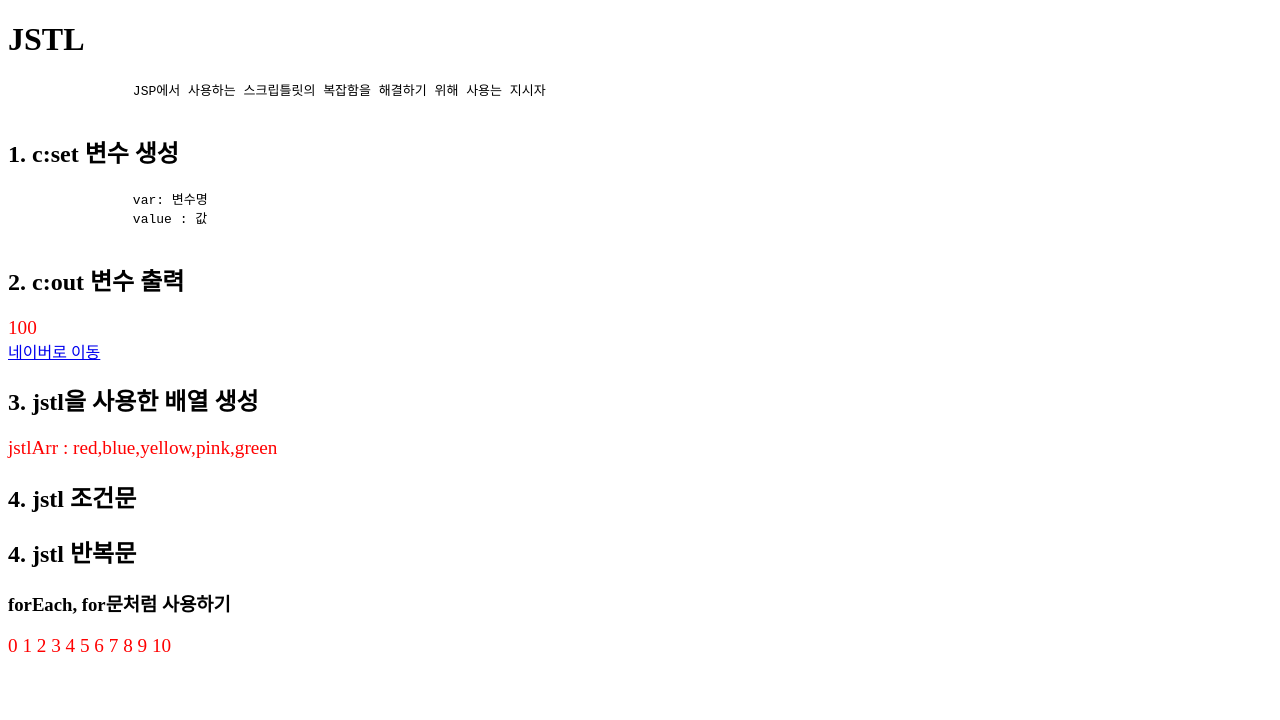
Repository: vaynel/StudyFile
Page: http://localhost/spring04_jsp/jstl
These files come from the project's save history. The page is drawn as it stood at one moment and after the next save; the edit follows.
The browser window is 1280 px wide. The pictures show the whole page.
The page is served by Tomcat 9. Other server files are loaded and not shown.

Above is the page before, as saved 2023-01-20 02:18:32.

### H_spring/spring04_jsp/WebContent/WEB-INF/views/el-jstl/jstl.jsp
<%@ page language="java" contentType="text/html; charset=UTF-8"
    pageEncoding="UTF-8"%>
<%@ taglib prefix="c" uri="http://java.sun.com/jsp/jstl/core" %>
<!DOCTYPE html>
<html>
<head>
<meta charset="UTF-8">
<title>Insert title here</title>
<style type="text/css">
	span{
		display: block;
		font-size:1.5vw;
		color:red;
	}
</style>
</head>
<body>
<h1>JSTL</h1>
	<pre>
		JSP에서 사용하는 스크립틀릿의 복잡함을 해결하기 위해 사용는 지시자
	</pre>
	<h2>1. c:set 변수 생성</h2>
	<pre>
		var: 변수명
		value : 값
	</pre>
	<c:set var="num1" value="100"></c:set>
	<c:set var="html" value="<a href='https://www.naver.com'>네이버로 이동 </a>"></c:set>

	<h2>2. c:out 변수 출력</h2>
	<span><c:out value="${num1}"></c:out></span>
	${html}

	<h2>3. jstl을 사용한 배열 생성</h2>
	<c:set var="jstlArr">
		red,blue,yellow,pink,green
	</c:set>
	<span>jstlArr : <c:out value="${jstlArr}"></c:out></span>

	<h2>4. jstl 조건문</h2>

	<h2>4. jstl 반복문</h2>
	<h3>forEach, for문처럼 사용하기</h3>
	<span>
		<c:forEach var="i" begin="0" end ="10" step="1">
			${i}
		</c:forEach>
	</span>






</body>
</html>

### H_spring/spring04_jsp/ src/com/mc/jsp/C_JSTL.java
package com.mc.jsp;

import java.io.IOException;
import javax.servlet.ServletException;
import javax.servlet.annotation.WebServlet;
import javax.servlet.http.HttpServlet;
import javax.servlet.http.HttpServletRequest;
import javax.servlet.http.HttpServletResponse;

/**
 * Servlet implementation class C_JSTL
 */
@WebServlet("/jstl")
public class C_JSTL extends HttpServlet {
	private static final long serialVersionUID = 1L;

    /**
     * @see HttpServlet#HttpServlet()
     */
    public C_JSTL() {
        super();
        // TODO Auto-generated constructor stub
    }

	/**
	 * @see HttpServlet#doGet(HttpServletRequest request, HttpServletResponse response)
	 */
	protected void doGet(HttpServletRequest request, HttpServletResponse response) throws ServletException, IOException {
		// TODO Auto-generated method stub
		request.getRequestDispatcher("/WEB-INF/views/el-jstl/jstl.jsp").forward(request, response);
	}

	/**
	 * @see HttpServlet#doPost(HttpServletRequest request, HttpServletResponse response)
	 */
	protected void doPost(HttpServletRequest request, HttpServletResponse response) throws ServletException, IOException {
		// TODO Auto-generated method stub
		doGet(request, response);
	}

}

After the next save:
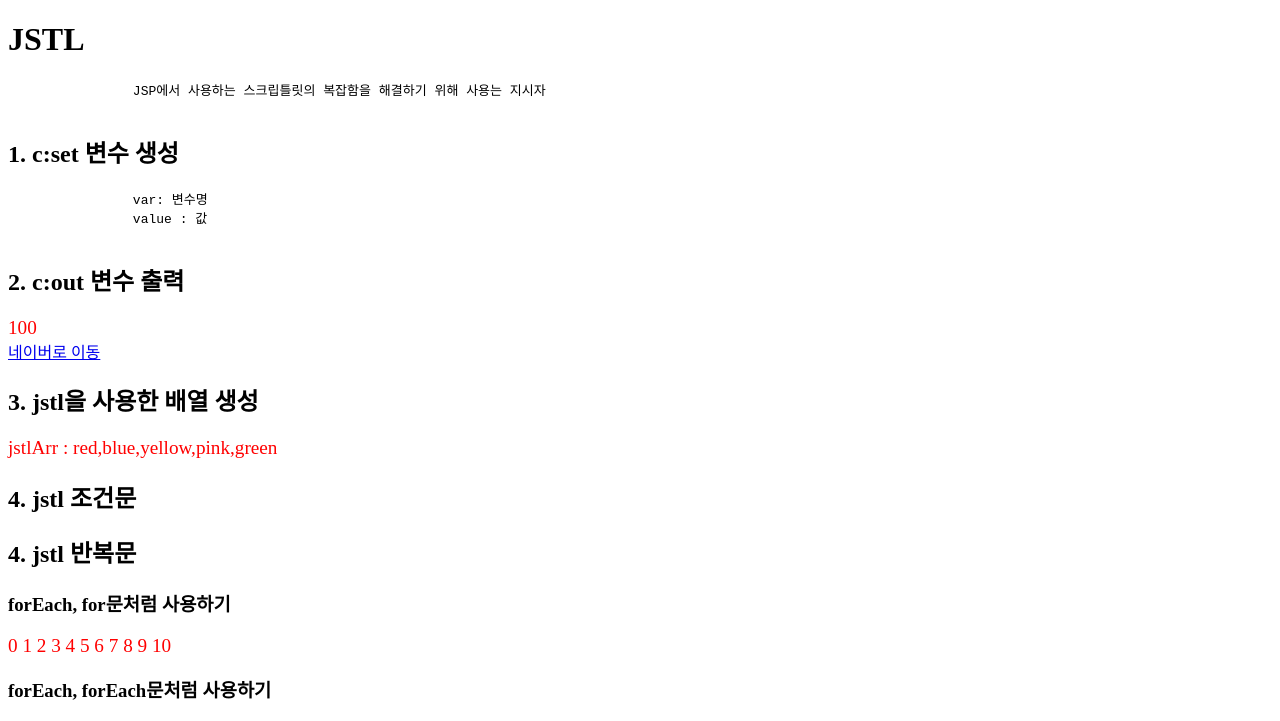
Saved 12 s later.
--- a/H_spring/spring04_jsp/WebContent/WEB-INF/views/el-jstl/jstl.jsp
+++ b/H_spring/spring04_jsp/WebContent/WEB-INF/views/el-jstl/jstl.jsp
@@ -47,6 +47,28 @@
 		</c:forEach>
 	</span>
 
+	<h3>forEach, forEach문처럼 사용하기</h3>
+
+
+
+
+
+
+
+
+
+
+
+
+
+
+
+
+
+
+
+
+
 
 
 
